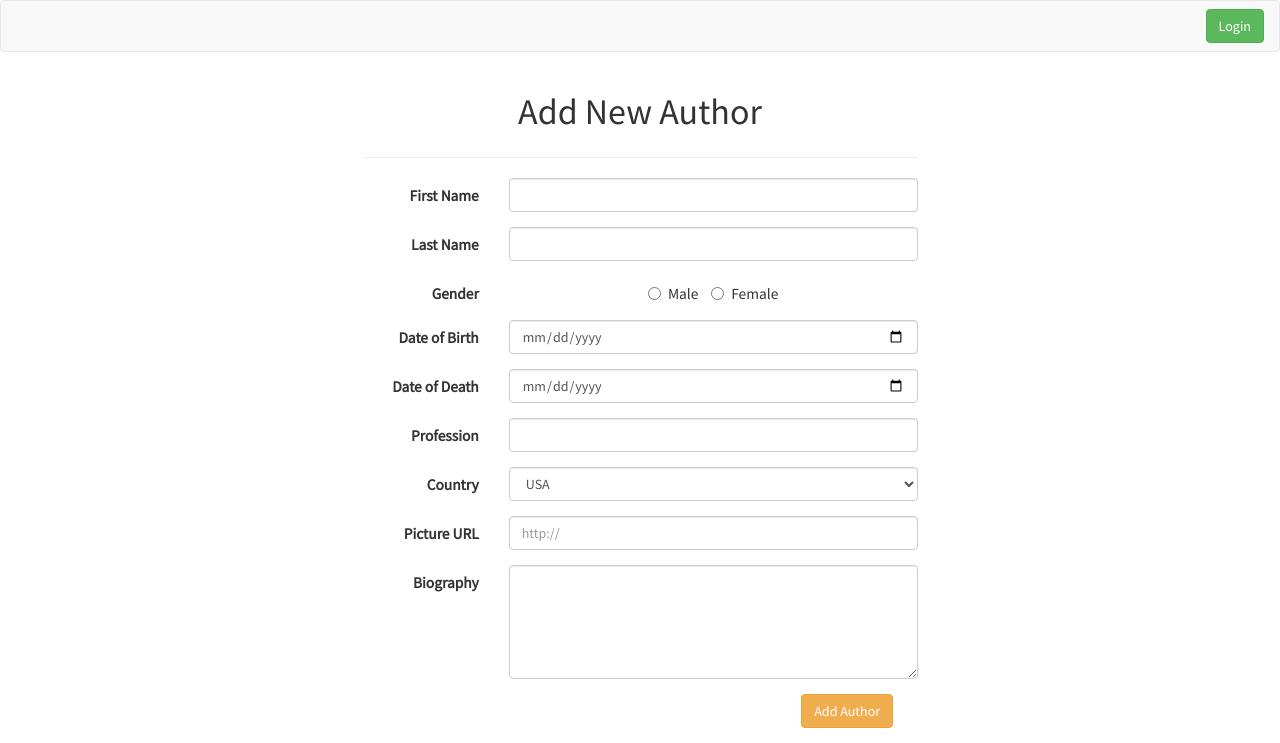
Repository: maliking/making
Page: http://localhost/labs/lab7/addAuthor.php
The author's editor kept a record of every edit. The page is drawn from the files as they stood at one moment, then again after the next edit.
The browser window is 1280 px wide. The pictures show the whole page.
Some web fonts or font styles are not loaded; a fallback is used. The page is run by PHP 8.4 with error messages shown; the project is at /var/www/html/.

Above is the page before.
Console error (its wording comes from the project's code and is left out).

After the next edit:
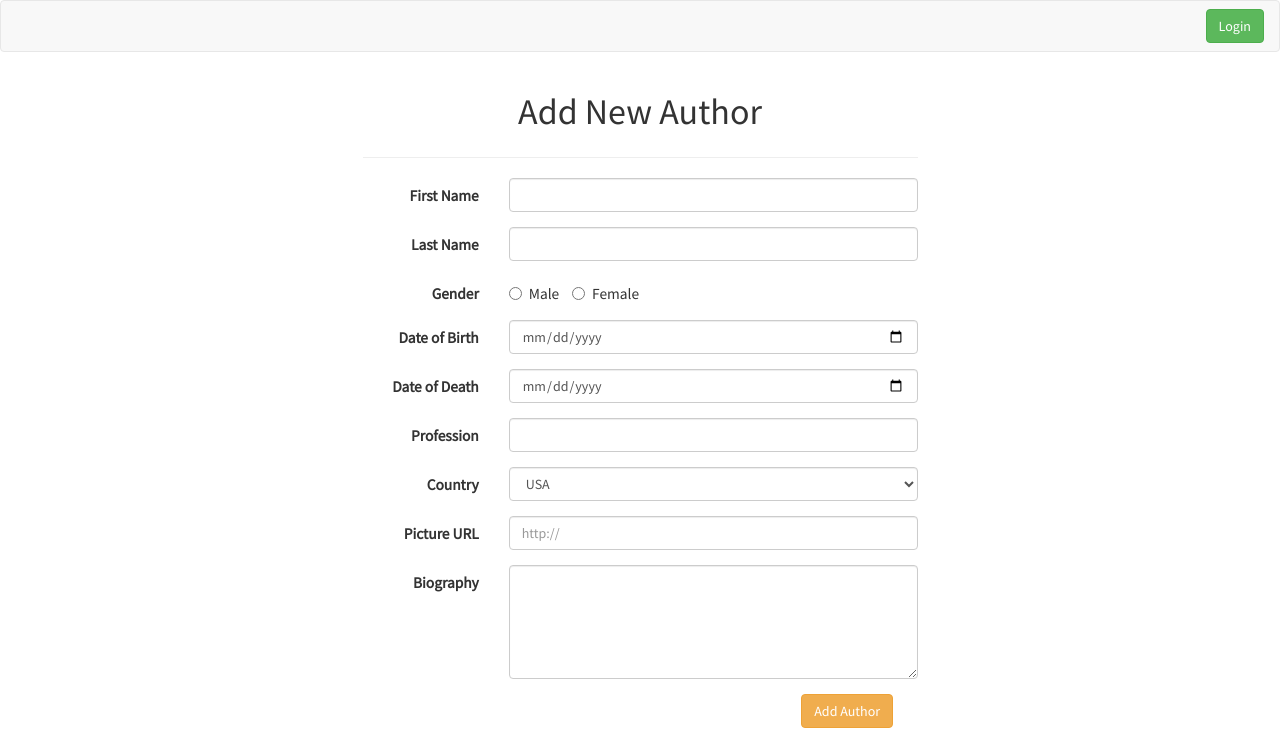
The edit:
--- a/labs/lab7/addAuthor.php
+++ b/labs/lab7/addAuthor.php
@@ -30,24 +30,6 @@
         <link href="https://maxcdn.bootstrapcdn.com/bootstrap/3.3.7/css/bootstrap.min.css" rel="stylesheet" integrity="sha384-BVYiiSIFeK1dGmJRAkycuHAHRg32OmUcww7on3RYdg4Va+PmSTsz/K68vbdEjh4u" crossorigin="anonymous">
         <link rel="stylesheet" href="css/style.css">
         <link href="https://fonts.googleapis.com/css?family=Saira+Semi+Condensed|Source+Sans+Pro" rel="stylesheet">
-
-        <style>
-            body {
-                font-family: 'Source Sans Pro', sans-serif;
-                text-align: center;
-            }
-
-            h1 {
-                margin-bottom: 25px;
-            }
-            label {
-                font-size: 1.1em;
-            }
-
-            th {
-                text-align: center;
-            }
-        </style>
     </head>
     <body>
         <nav class="navbar navbar-default">
